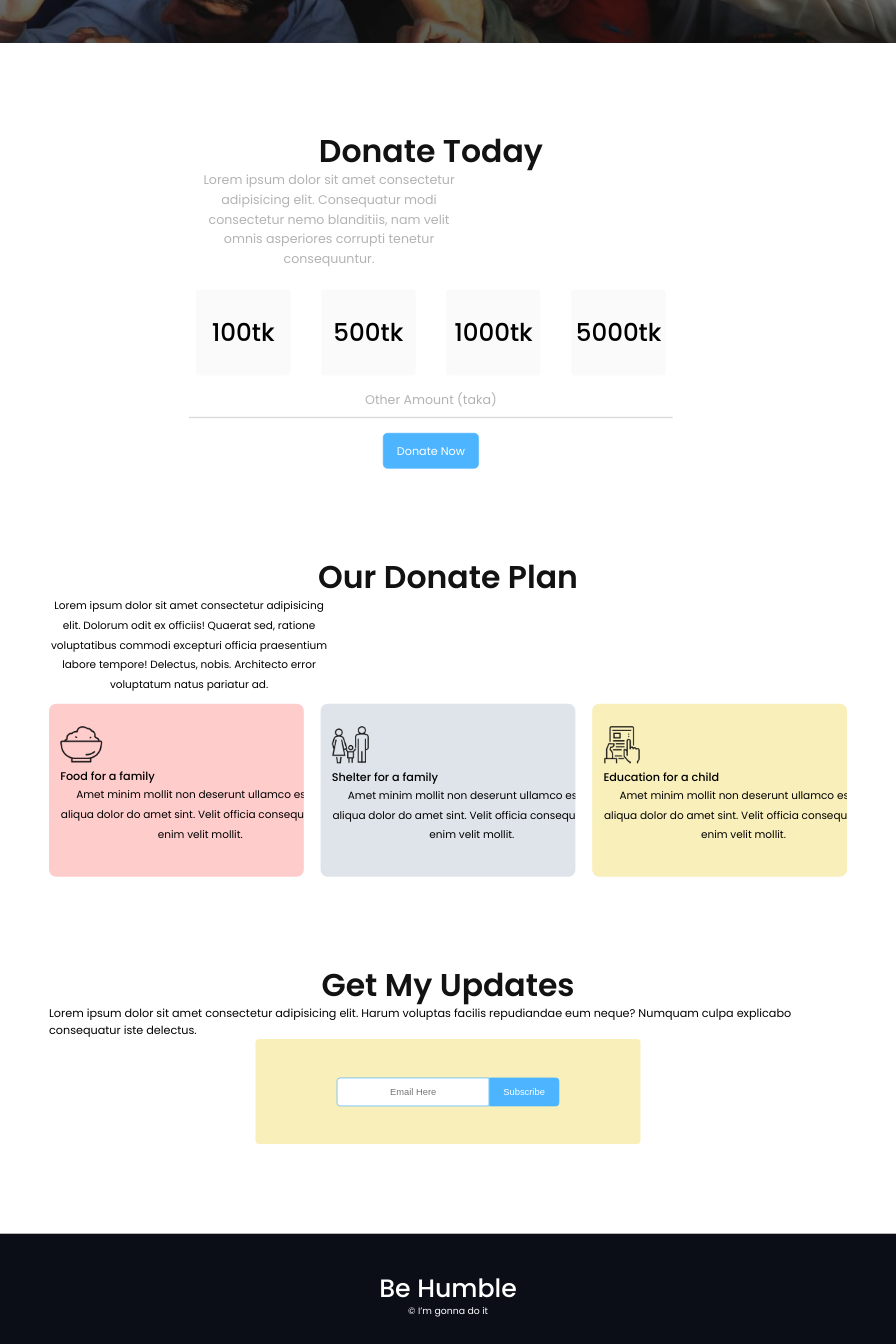
Repository: mdrubel02/donate-website
Page: index.html
The author's editor kept a copy of each file at every save. The page is drawn from the files as they stood at one save, then again after the next save.
The browser window is 1280 px wide. The pictures show the part of the page from y = 658 to 2578 px (the page is 2598 px tall before and 2458 px after), at 70% of full size.

Above is the page before, as saved 2022-07-06 16:44:25.

### index.html
<!DOCTYPE html>
<html lang="en">

<head>
    <meta charset="UTF-8">
    <meta http-equiv="X-UA-Compatible" content="IE=edge">
    <meta name="viewport" content="width=device-width, initial-scale=1.0">
    <title>Our Donate Website</title>
    <link rel="stylesheet" href="./index.css">
</head>

<body>
    <!-- banner section -->
    <section class="banner-section">
        <div class="banner-content">
            <h1>Let’s Help Those Who Are More In Need</h1>
            <p >Lorem ipsum dolor sit amet consectetur, adipisicing elit. Asperiores similique
                sapiente nobis, libero nemo saepe</p>
            <a href="" class="btn btn-primary">Donate Now</a>
        </div>
    </section>

    <!-------- Donate Today------->
    <section class="container">
        <div class="donate-section">
            <h2 class="section-title">Donate Today</h2>

                <p class="small-title">Lorem ipsum dolor sit amet consectetur adipisicing elit. Consequatur modi
                    consectetur nemo blanditiis, nam velit omnis asperiores corrupti tenetur consequuntur.</p>

            <div class="donate-today">
                <div class="donate-content">
                    <h3>100<span>tk</span> </h3>
                </div>
                <div class="donate-content">
                    <h3>500<span>tk</span> </h3>
                </div>
                <div class="donate-content">
                    <h3>1000<span>tk</span> </h3>
                </div>
                <div class="donate-content">
                    <h3>5000<span>tk</span> </h3>
                </div>
            </div>
            <p>Other Amount <span>(taka)</span></p>
            <hr>
            <a href="" class="btn btn-primary">Donate Now</a>
        </div>
    </section>

    <!---------- donate plan section-------- -->
    <section class="container">
        <h3 class="section-title">Our Donate Plan</h3>
        <p class="small-title">Lorem ipsum dolor sit amet consectetur adipisicing elit. Dolorum odit ex officiis! Quaerat sed, ratione voluptatibus commodi excepturi officia praesentium labore tempore! Delectus, nobis. Architecto error voluptatum natus pariatur ad.</p>
        <div class="donate-plan-section">
            <div id="food" class="donate-plan-content">
                <img src="./icons/food.png" alt="">
                <h4>Food for a family</h4>
                <p class="small-title">Amet minim mollit non deserunt ullamco est sit aliqua dolor do amet sint. Velit officia consequat duis enim velit mollit.</p>
            </div>
            <div id="Shelter" class="donate-plan-content">
                <img src="./icons/shelter.png" alt="">
                <h4>Shelter for a family</h4>
                <p class="small-title">Amet minim mollit non deserunt ullamco est sit aliqua dolor do amet sint. Velit officia consequat duis enim velit mollit.</p>
            </div>
            <div id="education" class="donate-plan-content">
                <img src="./icons/Frame-1.png" alt="">
                <h4>Education for a child</h4>
                <p class="small-title">Amet minim mollit non deserunt ullamco est sit aliqua dolor do amet sint. Velit officia consequat duis enim velit mollit.</p>
            </div>
        </div>
    </section>

    <!-- Update Section -->
    <section class="container">
        <h1 class="section-title">Get My Updates</h1>
        <p>Lorem ipsum dolor sit amet consectetur adipisicing elit. Harum voluptas facilis repudiandae eum neque? Numquam culpa explicabo consequatur iste delectus.</p>
        <div class="update-section">
            <div class="update-content">
                <input class="email-input" type="email"
                placeholder="Email Here"
                >
                <input class="submit-input" type="submit" value="Subscribe">
            </div>
        </div>
    </section>

    <!------- Footer Section---- -->
    <footer>
        <h1>Be Humble</h1>
        <small>&copy; I’m gonna do it</small>
    </footer>
</body>

</html>

### index.css
/* =====GOOGLE FONTS====== */
@import url('https://fonts.googleapis.com/css2?family=Poppins:wght@300;400;500;600&display=swap');

/* =====COMMON STYLES====== */
* {
    margin: 0;
    padding: 0;
    border: 0;
    outline: 0;
    list-style: none;
    text-decoration: none;
}

body {
    font-family: 'Poppins', sans-serif;
}

h1,
h2,
h3,
h4,
h5,
h6 {
    font-weight: 500;
}

/* img {
    display: block;
    width: 100%;
    object-fit: cover;
} */

.container {
    max-width: 1200px;
    margin: 0 auto;
    padding: 0 30px;
    margin-top: 10%;
    margin-bottom: 10%;
    box-sizing: border-box;
}

a {
    color: #fff;
    transition: all 400ms ease;
}

a:hover {
    color: #fff;
}

.btn {
    text-align: center;
    width: max-content;
    display: inline-block;
    color: #fff;
    padding: 0.75rem 1.2rem;
    border-radius: 0.4rem;
    border: 1px solid #4db5ff;
    transition: all 400ms ease;
}

.btn:hover {
    background: #fff;
    color: #4db5ff;
    border: 1px solid #4db5ff;
}

.btn-primary {
    background: #4db5ff;
    color: #fff;
}

.section-title {
    color: #121212;
    font-weight: 700;
    font-size: 45px;
    line-height: 54px;
    text-align: center;
}

.small-title {
    font-family: 'Poppins';
    font-style: normal;
    font-weight: 400;
    width: 400px;
    font-size: 15px;
    line-height: 28px;
    text-align: center;
    margin-bottom: .9rem;
}

hr {
    border: 1px solid #DADADA;
    margin-bottom: 1.3rem;
}


/* ========BANNER SECTION STYLE======== */

.banner-section {
    background-image: url(./images/donation0.jpg);
    background-repeat: no-repeat;
    background-size: cover;
    background-position: center center;
    height: 100vh;
    width: 100%;
    position: relative;
    z-index: 1;
    display: flex;
    flex-direction: column;
    justify-content: center;
    align-items: center;
    text-align: center;
}

.banner-section:after {
    content: "";
    position: absolute;
    top: 0;
    left: 0;
    width: 100%;
    height: 100%;
    background: linear-gradient(360deg, #121212 0%, rgba(18, 18, 18, 0) 100%);
    opacity: .7;
    z-index: -5;
}

.banner-content {
    width: 50%;
}

.banner-content h1 {
    font-size: 3rem;
    color: #fff;
}

.banner-content p {
    margin-bottom: 5px;
    color: #fff;
}

/*=========== Donate section style========= */
.donate-today {
    display: flex;
    gap: 1.5rem;
    justify-content: space-around;

}

.donate-content {
    width: 135px;
    height: 123px;
    background: #FAFAFA;
    border-radius: 5px;
    font-size: 30px;
    font-weight: 700;
    line-height: 36px;
    display: flex;
    justify-content: center;
    align-items: center;
    margin: 1.2rem 0;
    transition: all 400ms ease;
}

.donate-content:hover {
    border: 2px solid #FF5959;
    border-radius: 5px;
    color: #FF5959;
}

.donate-section {
    width: 691px;
    margin-left: 200px;
    text-align: center;
}

.donate-section p {
    text-align: center;
}

.donate-section p {
    font-weight: 400;
    font-size: 18px;
    line-height: 28px;
    color: #B3B3B3;
    text-align: center;
    margin-bottom: .7rem;
}

/*========donate plan section======= */

.donate-plan-section {
    display: flex;
    gap: 1.5rem;
}

#Shelter {
    background:#dfe4ea;
}
#food{
    background-color:#ffcccc;
}
#education{
    background-color: #F8EFBA;
}
.donate-plan-content{
    overflow: hidden;
    padding: 2rem 1rem;
    border-radius: 10px;
}
/*=======update subscribe style=======*/
.update-section{
    display: flex;
    justify-content: center;
    align-items: center;
}
.update-content{
    display: flex;
    justify-content: center;
    align-items: center;
    width: 550px;
    height: 150px;
    background-color:#F8EFBA;
    border-radius: 5px;
}
.email-input{
    text-align: center;
    width: max-content;
    display: inline-block;
    color: #4db5ff;
    padding: 0.75rem 1.2rem;
    border-radius:5px 0 0 5px;
    border: 1px solid #4db5ff;

}
.submit-input{
    text-align: center;
    width: max-content;
    display: inline-block;
    color:#fff;
    padding: 0.75rem 1.2rem;
    border-radius:0 5px 5px 0;
    border: 1px solid #4db5ff;
    background-color:#4db5ff ;
}
/*=======footer style=======*/
footer{
    background-color: #0B0D17;
    height: 177px;
    display: flex;
    flex-direction: column;
    justify-content: center;
    align-items: center;
}
footer h1{
    color: #fff;
    font-size: 36px;
    line-height: 44px;
}
footer small{
    color: #fff;
}

After the next save:
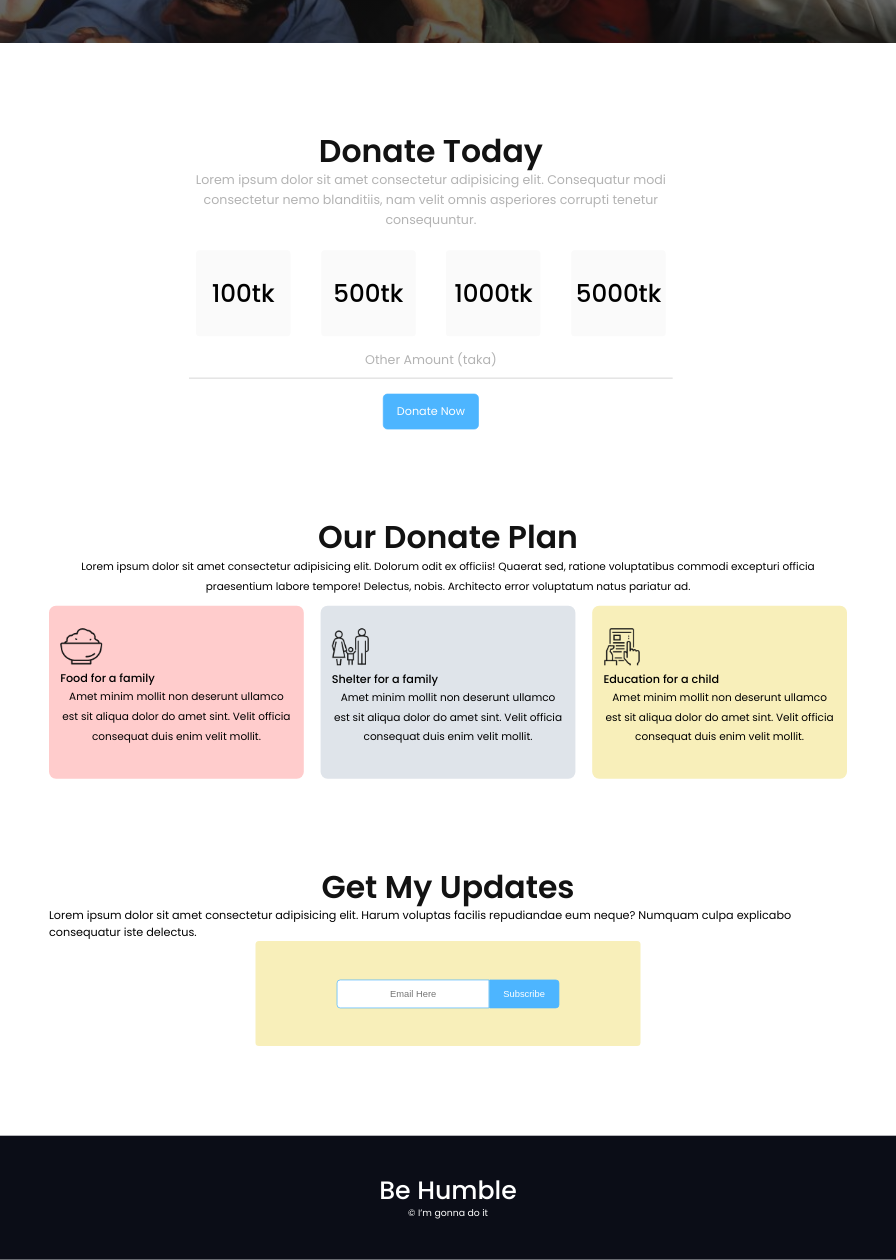
Saved 2 min 25 s later.
--- a/index.css
+++ b/index.css
@@ -82,10 +82,11 @@ a:hover {
     font-family: 'Poppins';
     font-style: normal;
     font-weight: 400;
-    width: 400px;
+
     font-size: 15px;
     line-height: 28px;
     text-align: center;
+    display: block;
     margin-bottom: .9rem;
 }
 
